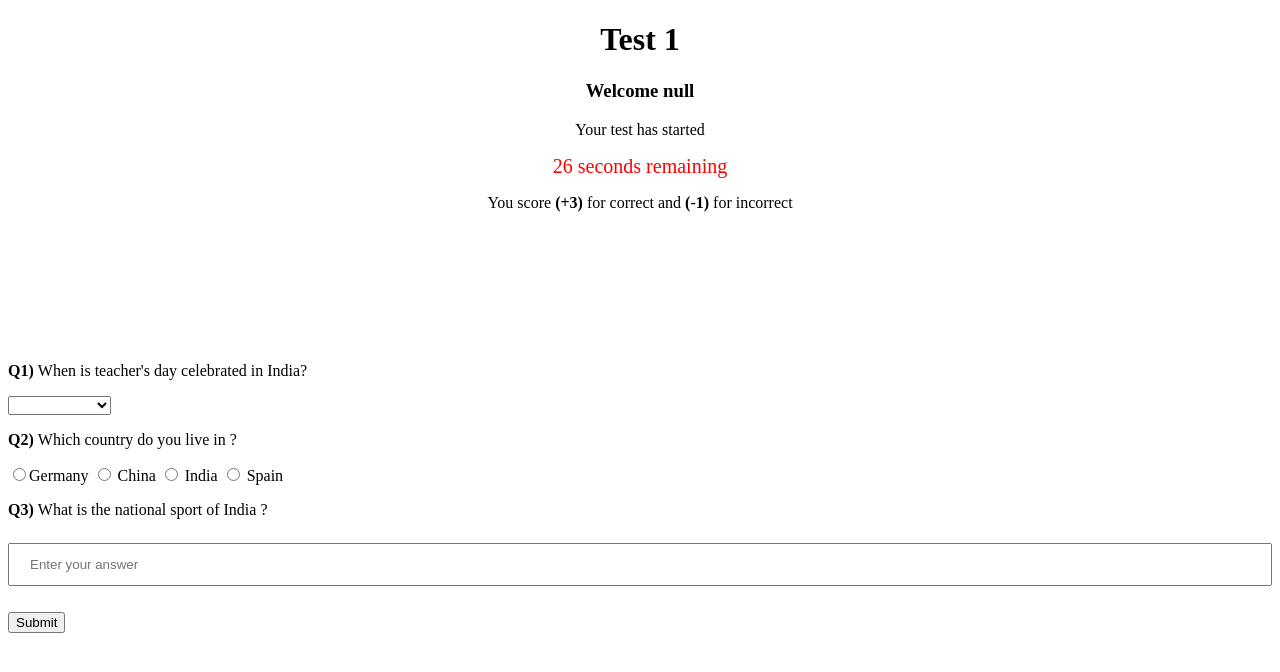
Repository: MriOj/OnlineExamPortal
Page: http://localhost/ExamPortal/test1.jsp
An editor plug-in stored every save of this project. The page is shown before and after the next save, followed by the edit.
The browser window is 1280 px wide. The pictures show the whole page.
The page is served by Tomcat 9. Other server files are loaded and not shown.

Above is the page before, as saved 2021-09-08 05:47:14.

### ExamPortal/src/main/webapp/test1.jsp
<%@ page language="java" contentType="text/html; charset=ISO-8859-1"
    pageEncoding="ISO-8859-1"%>
<!DOCTYPE html>
<html>
<head>
<meta charset="ISO-8859-1">
<title>Test 1 </title>
<style type="text/css">
.center {
text-align: center;
}
#uid{
visibility:hidden;
}
#timer{
font-size:20px;
color:red;
}
input[type=text] {
  width: 100%;
  padding: 12px 20px;
  margin: 8px 0;
  box-sizing: border-box;
}
</style>
<script type="text/javascript">
window.history.forward();
function noBack() {
    window.history.forward();
}</script>
</head>

<body>

<div class="center">
<h1 >Test 1</h1>
<h3> Welcome <%{out.println(request.getAttribute("userid"));} %></h3>
<p >Your test has started </p>
<div id="timer"></div>
</div>
<p style="text-align: center">You score <b>(+3)</b> for correct and <b>(-1)</b> for incorrect</p>
<form action="than" method="post" id="yourForm">
<input type="text" id="uid" name="userid" value="<%{out.println(request.getAttribute("userid"));} %>">
<input type="text" id="uid" name="test" value="1">
<p><b>Q1) </b>When is teacher's day celebrated in India?</p>
 <select name="Q1">
        <option value="A" >5 September</option>
        <option value="B" >15 August</option>
        <option value="C" >14 November</option>
        <option value="D" >26 January</option>
        <option value="E" selected style="visibility: hidden"></option>
    </select>

<p><b>Q2) </b>Which country do you live in  ?</p>
    <input type="radio" value="A" name="Q2" >Germany
    <input type="radio" value="B" name="Q2"> China
    <input type="radio" value="C" name="Q2">  India
    <input type="radio" value="D" name="Q2"> Spain
    <input type="radio" value="E" name="Q2" checked style="visibility: hidden">

<p><b>Q3) </b>What is the national sport of India  ?</p>
     <input type="text" name="Q3" placeholder= "Enter your answer" /> <br><br>
<input type="submit"></input>
</form>

</body>
<script>
var timeLeft = 30;
var elem = document.getElementById('timer');
var timerId = setInterval(countdown, 1000);

function countdown() {
    if (timeLeft == -1) {
        clearTimeout(timerId);
        endtest();
    } else {
        elem.innerHTML = timeLeft + ' seconds remaining';
        timeLeft--;
    }
}
function endtest() {
	alert("Test Submitted")
    document.getElementById('yourForm').submit();;
}

</script>

</html>

After the next save:
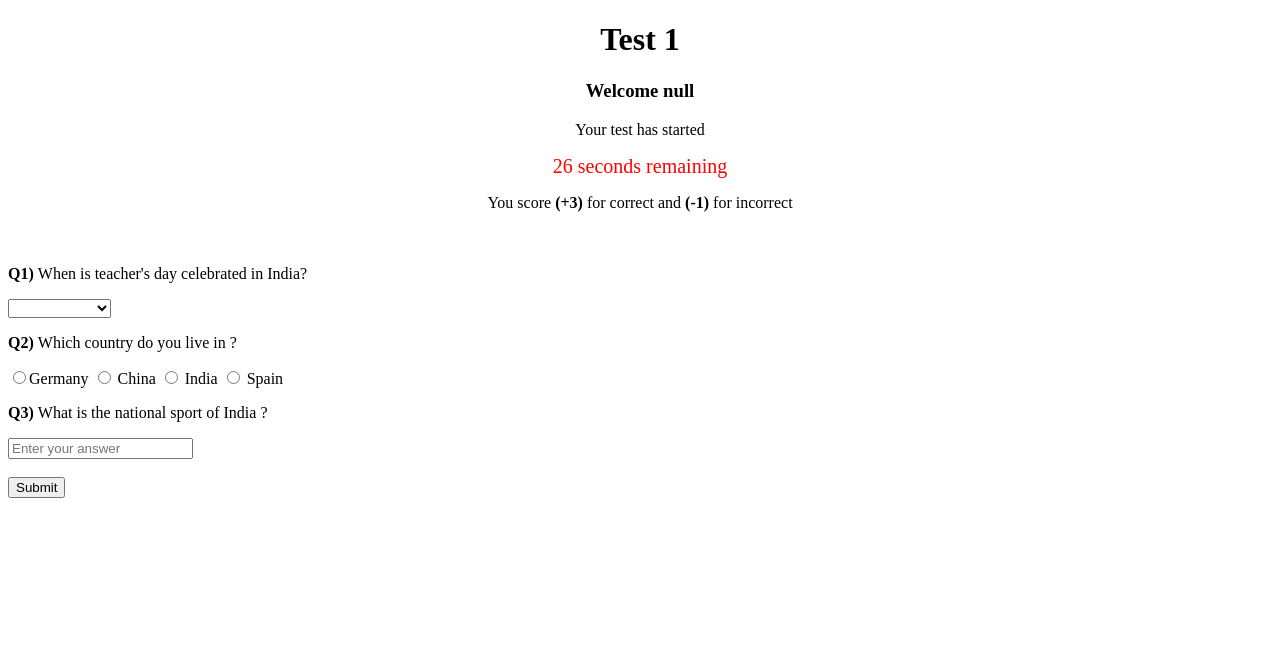
Saved 67 s later.
--- a/ExamPortal/src/main/webapp/test1.jsp
+++ b/ExamPortal/src/main/webapp/test1.jsp
@@ -16,12 +16,7 @@ visibility:hidden;
 font-size:20px;
 color:red;
 }
-input[type=text] {
-  width: 100%;
-  padding: 12px 20px;
-  margin: 8px 0;
-  box-sizing: border-box;
-}
+
 </style>
 <script type="text/javascript">
 window.history.forward();
